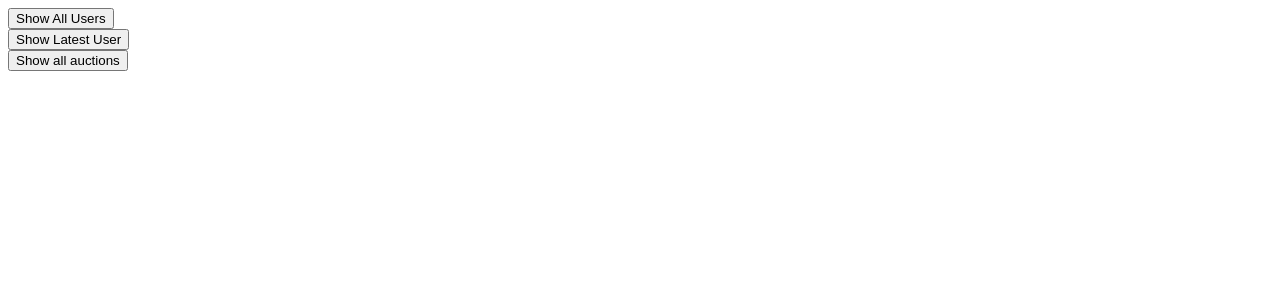
Repository: jnnbaran/DBManager
Page: http://localhost/DBServlet/
The author's editor kept a copy of each file at every save. The page is drawn from the files as they stood at one save, then again after the next save.
The browser window is 1280 px wide. The pictures show the whole page.
The page is served by Tomcat 9. Other server files are loaded and not shown.

Above is the page before, as saved 2019-11-18 16:26:17.

### DBServlet/WebContent/query.jsp
<%@ page language="java" contentType="text/html; charset=ISO-8859-1"
    pageEncoding="ISO-8859-1"%>
<!DOCTYPE html PUBLIC "-//W3C//DTD HTML 4.01 Transitional//EN" "http://www.w3.org/TR/html4/loose.dtd">
<html>
<head>
<meta http-equiv="Content-Type" content="text/html; charset=ISO-8859-1">
<title>SQL query</title>
</head>
<body>
 <form name="queryForm" action="UsersServlet" method="post">

        <button name="query" cols="50" rows="10" form="queryForm" value = "select * from users"> Show All Users </button>
       <br/>
        <button name="query" cols="50" rows="10" form="queryForm" value = "select * from users WHERE id=max(id)"> Show Latest User </button>
   		<br/>
        <button name="query" cols="50" rows="10" form="queryForm" value = "select * from AUCTIONSONLINE "> Show all auctions </button>

    </form>
</body>
</html>

After the next save:
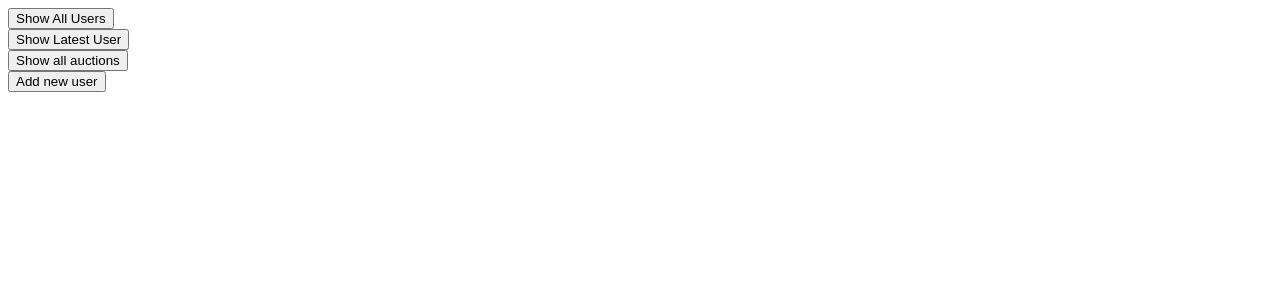
Saved 2 min 24 s later.
--- a/DBServlet/WebContent/query.jsp
+++ b/DBServlet/WebContent/query.jsp
@@ -15,6 +15,16 @@
    		<br/>
         <button name="query" cols="50" rows="10" form="queryForm" value = "select * from AUCTIONSONLINE "> Show all auctions </button>
 
+
+
+    </form>
+
+     <form name="queryForm" action="NewUsersServlet" method="post">
+
+
+        <button name="query" cols="50" rows="10" form="queryForm" value = " ">Add new user </button>
+
+
     </form>
 </body>
 </html>
